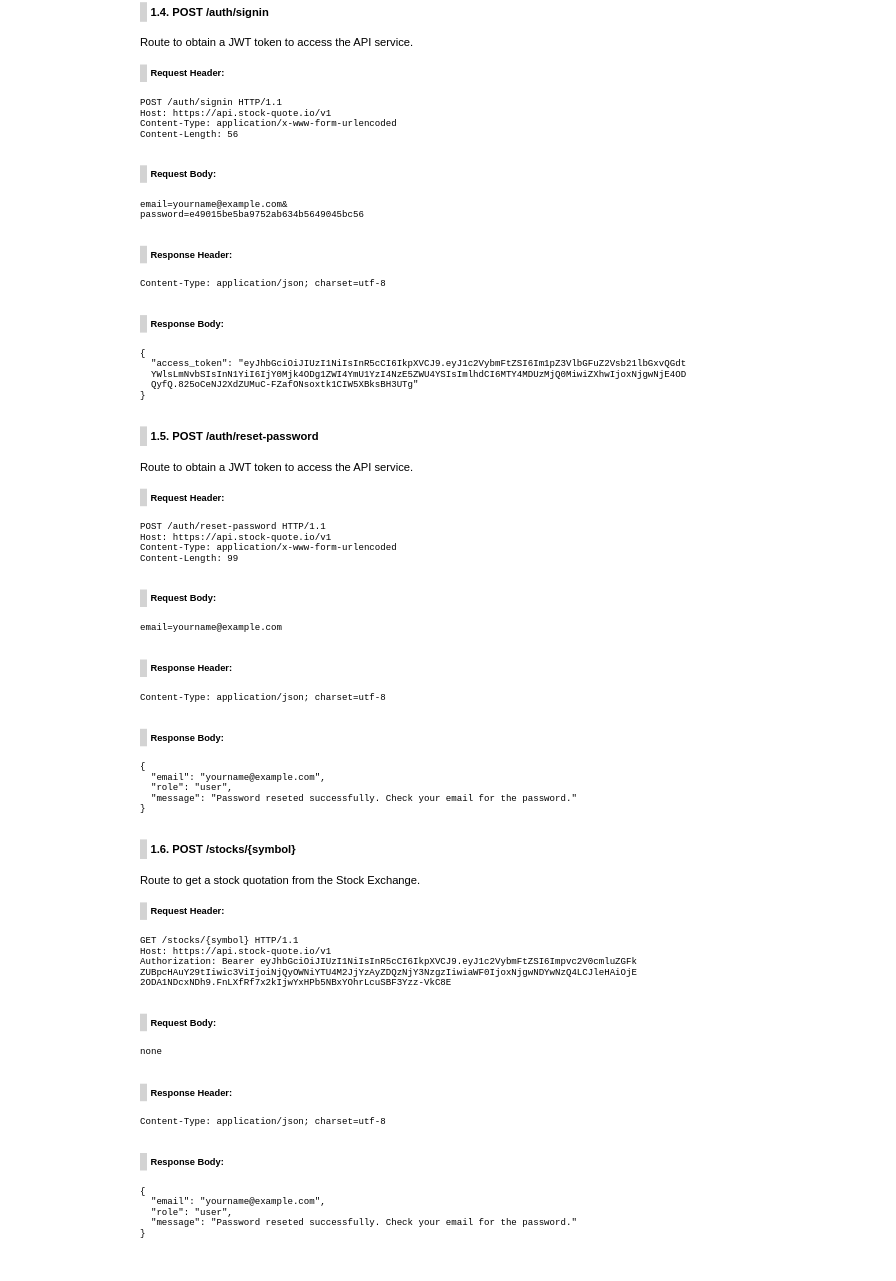
Repository: miguelamello/nest-js
Page: stock-service/reference.html
An editor plug-in stored every save of this project. The page is shown before and after the next save, followed by the edit.
The browser window is 1280 px wide. The pictures show the part of the page from y = 2243 to 4163 px (the page is 4073 px tall before and 4163 px after), at 70% of full size.

Above is the page before, as saved 2023-04-03 14:27:17.

### stock-service/reference.html
<!DOCTYPE html>
<html lang="en">
<head>
  <meta charset="UTF-8">
  <meta http-equiv="X-UA-Compatible" content="IE=edge">
  <meta name="viewport" content="width=device-width, initial-scale=1.0">
  <title>STOCK QUOTE MICROSERVICE REFERENCE</title>
  <style>
    body {
      font-family: Arial, Helvetica, sans-serif;
      padding: 3% 15%;
    }
    h3 {
      padding: 5px;
      border-left: 10px solid lightgrey;
    }
    H4 {
      padding: 5px;
      border-left: 10px solid lightgrey
    }
    H5 {
      padding: 5px;
      border-left: 10px solid lightgrey
    }
    pre {
      margin: 0;
      overflow: auto;
    }
  </style>
</head>
<body>
  <h2>STOCK QUOTE MICROSERVICE REFERENCE</h2>
  <p>
    This Technical Specification Document describes the REST API for STOCK QUOTE MICROSERVICE.
    The API provides routes for user authentication, managing user accounts, and retrieving stock market data.
    The specification is written in Markdown and uses the OpenAPI Specification (OAS) format.
  </p>

  <p>
    <h3>1. Routes</h3>
    <p>
      All routes starts with the base URL: <code>https://api.stock-quote.io/v1</code>
    </p>

    <pre>
GET /                     //-> Accessing API documentation
GET /reference            //-> Accessing API reference
POST /auth/signup         //-> Creating new user
POST /auth/signin         //-> Getting JWT Token
POST /auth/reset-password //-> Resetting your password
GET /stocks/{symbol}      //-> Getting stock quotation
GET /stocks/stats         //-> Getting stock statistics
GET /stocks/history       //-> Getting stock history
    </pre>
  </p>

  <!-- 1.1. GET /  -->
  <p>
    <h4>1.1. GET /</h4>
    Route to return the HTML markup that displays the API
    Documentation in a easy and approuchable way.
  </p>
  <h5>Request Header:</h5>
  <pre>
GET / HTTP/1.1
Host: https://api.stock-quote.io/v1
  </pre>

  <h5>Request Body:</h5>
  <pre>
none
  </pre>

  <h5>Response Header:</h5>
  <pre>
Content-Type: text/html; charset=utf-8
  </pre>

  <h5>Response Body: </h5>

  <pre>
&lt;!DOCTYPE html&gt;
  &lt;html lang="en"&gt;
    &lt;head&gt;
      &lt;meta charset="UTF-8"&gt;
      &lt;meta http-equiv="X-UA-Compatible" content="IE=edge"&gt;
      &lt;meta name="viewport" content="width=device-width, initial-scale=1.0"&gt;
      &lt;title&gt;STOCK QUOTE MICROSERVICE DOCUMENTATION&lt;/title&gt;
      ...
  </pre>

  <!-- 1.2. GET /reference  -->
  <p>
    <h4>1.2. GET /reference</h4>
    Route to return the HTML markup that displays the API
    Reference in a detailed format.
  </p>
  <h5>Request Header:</h5>
  <pre>
GET /reference HTTP/1.1
Host: https://api.stock-quote.io/v1
  </pre>

  <h5>Request Body:</h5>
  <pre>
none
  </pre>

  <h5>Response Header:</h5>
  <pre>
Content-Type: text/html; charset=utf-8
  </pre>

  <h5>Response Body: </h5>

  <pre>
&lt;!DOCTYPE html&gt;
  &lt;html lang="en"&gt;
    &lt;head&gt;
      &lt;meta charset="UTF-8"&gt;
      &lt;meta http-equiv="X-UA-Compatible" content="IE=edge"&gt;
      &lt;meta name="viewport" content="width=device-width, initial-scale=1.0"&gt;
      &lt;title&gt;STOCK QUOTE MICROSERVICE REFERENCE&lt;/title&gt;
      ...
  </pre>

  <!-- 1.3. POST /auth/signup  -->
  <p>
    <h4>1.3. POST /auth/signup</h4>
    Route to create a new user to the API service.
  </p>
  <h5>Request Header:</h5>
  <pre>
POST /auth/signup HTTP/1.1
Host: https://api.stock-quote.io/v1
Content-Type: application/x-www-form-urlencoded
Content-Length: 35
  </pre>

  <h5>Request Body:</h5>
  <pre>
email=yourname@example.com&
role=user
  </pre>

  <h5>Response Header:</h5>
  <pre>
Content-Type: application/json; charset=utf-8
  </pre>

  <h5>Response Body: </h5>

  <pre>
{
  "email": "yourname@example.com",
  "role": "user",
  "message": "User created successfully. Check your email for the password."
}
  </pre>

  <!-- 1.4. POST /auth/signin  -->
  <p>
    <h4>1.4. POST /auth/signin</h4>
    Route to obtain a JWT token to access the API service.
  </p>
  <h5>Request Header:</h5>
  <pre>
POST /auth/signin HTTP/1.1
Host: https://api.stock-quote.io/v1
Content-Type: application/x-www-form-urlencoded
Content-Length: 56
  </pre>

  <h5>Request Body:</h5>
  <pre>
email=yourname@example.com&
password=e49015be5ba9752ab634b5649045bc56
  </pre>

  <h5>Response Header:</h5>
  <pre>
Content-Type: application/json; charset=utf-8
  </pre>

  <h5>Response Body: </h5>

  <pre>
{
  "access_token": "eyJhbGciOiJIUzI1NiIsInR5cCI6IkpXVCJ9.eyJ1c2VybmFtZSI6Im1pZ3VlbGFuZ2Vsb21lbGxvQGdt
  YWlsLmNvbSIsInN1YiI6IjY0Mjk4ODg1ZWI4YmU1YzI4NzE5ZWU4YSIsImlhdCI6MTY4MDUzMjQ0MiwiZXhwIjoxNjgwNjE4OD
  QyfQ.825oCeNJ2XdZUMuC-FZafONsoxtk1CIW5XBksBH3UTg"
}
  </pre>

  <!-- 1.5. POST /auth/reset-password  -->
  <p>
    <h4>1.5. POST /auth/reset-password</h4>
    Route to obtain a JWT token to access the API service.
  </p>
  <h5>Request Header:</h5>
  <pre>
POST /auth/reset-password HTTP/1.1
Host: https://api.stock-quote.io/v1
Content-Type: application/x-www-form-urlencoded
Content-Length: 99
  </pre>

  <h5>Request Body:</h5>
  <pre>
email=yourname@example.com
  </pre>

  <h5>Response Header:</h5>
  <pre>
Content-Type: application/json; charset=utf-8
  </pre>

  <h5>Response Body: </h5>

  <pre>
{
  "email": "yourname@example.com",
  "role": "user",
  "message": "Password reseted successfully. Check your email for the password."
}
  </pre>

  <!-- 1.6. POST /stocks/{symbol}  -->
  <p>
    <h4>1.6. POST /stocks/{symbol}</h4>
    Route to get a stock quotation from the Stock Exchange.
  </p>
  <h5>Request Header:</h5>
  <pre>
GET /stocks/{symbol} HTTP/1.1
Host: https://api.stock-quote.io/v1
Authorization: Bearer eyJhbGciOiJIUzI1NiIsInR5cCI6IkpXVCJ9.eyJ1c2VybmFtZSI6Impvc2V0cmluZGFk
ZUBpcHAuY29tIiwic3ViIjoiNjQyOWNiYTU4M2JjYzAyZDQzNjY3NzgzIiwiaWF0IjoxNjgwNDYwNzQ4LCJleHAiOjE
2ODA1NDcxNDh9.FnLXfRf7x2kIjwYxHPb5NBxYOhrLcuSBF3Yzz-VkC8E
  </pre>

  <h5>Request Body:</h5>
  <pre>
none
  </pre>

  <h5>Response Header:</h5>
  <pre>
Content-Type: application/json; charset=utf-8
  </pre>

  <h5>Response Body: </h5>

  <pre>
{
  "email": "yourname@example.com",
  "role": "user",
  "message": "Password reseted successfully. Check your email for the password."
}
  </pre>

</body>
</html>

After the next save:
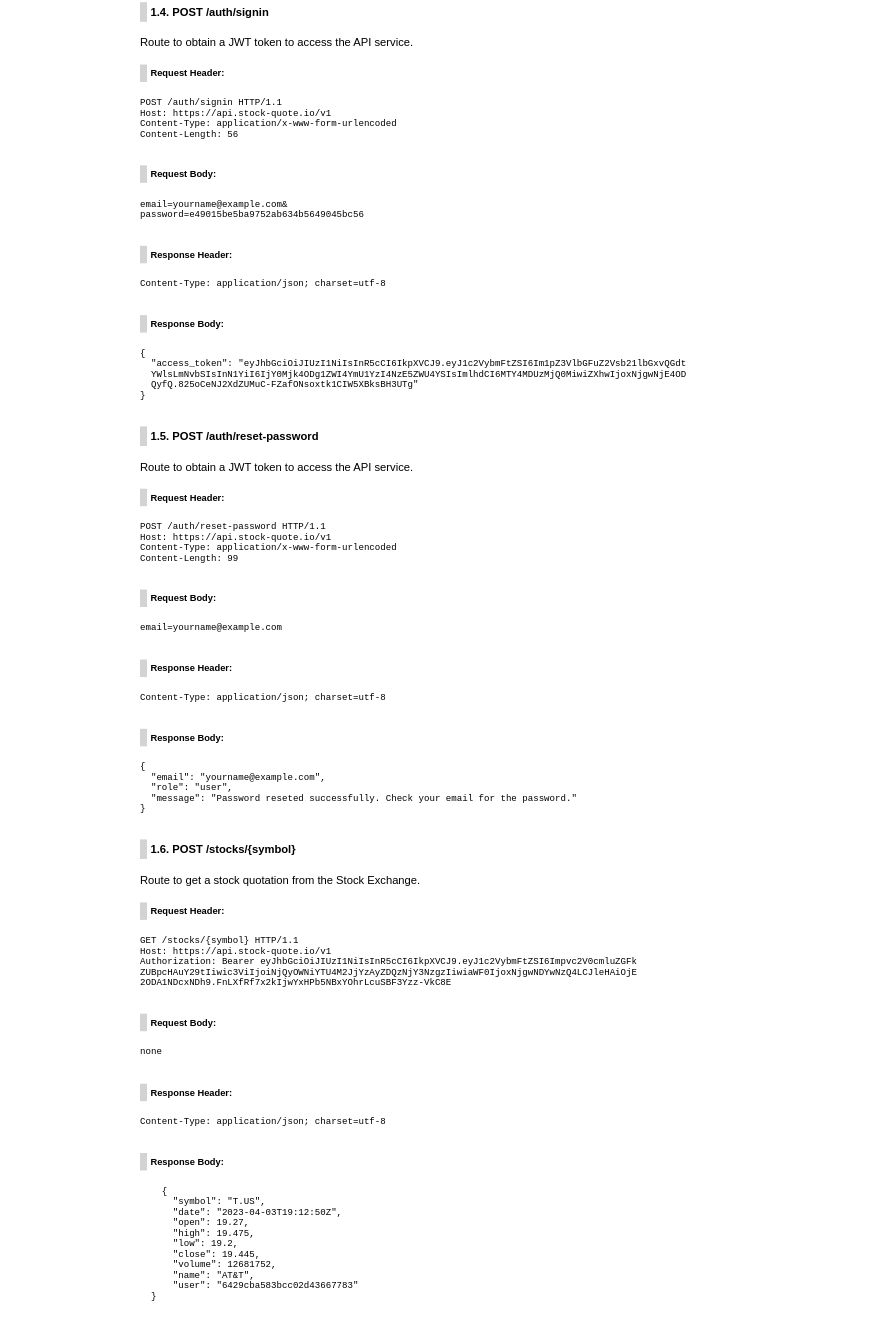
Saved 45 s later.
--- a/stock-service/reference.html
+++ b/stock-service/reference.html
@@ -252,11 +252,17 @@ Content-Type: application/json; charset=utf-8
   <h5>Response Body: </h5>
 
   <pre>
-{
-  "email": "yourname@example.com",
-  "role": "user",
-  "message": "Password reseted successfully. Check your email for the password."
-}
+    {
+      "symbol": "T.US",
+      "date": "2023-04-03T19:12:50Z",
+      "open": 19.27,
+      "high": 19.475,
+      "low": 19.2,
+      "close": 19.445,
+      "volume": 12681752,
+      "name": "AT&T",
+      "user": "6429cba583bcc02d43667783"
+  }
   </pre>
 
 </body>
